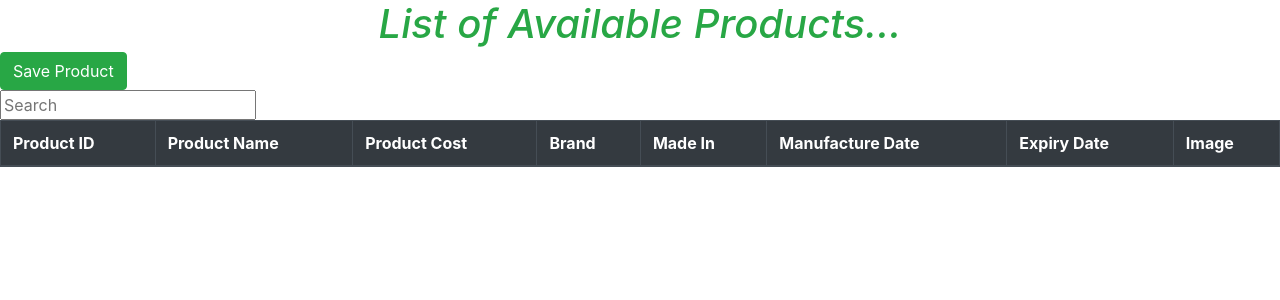
Repository: vineethGoudGithub/JavaApplications
Page: http://localhost/ProductManagementApp/productList.jsp
The author's editor kept a copy of each file at every save. The page is drawn from the files as they stood at one save, then again after the next save.
The browser window is 1280 px wide. The pictures show the whole page.
The page is served by Tomcat 9. Queries for data that is not in the repository find no rows.

Above is the page before, as saved 2024-03-06 06:07:32.

After the next save:
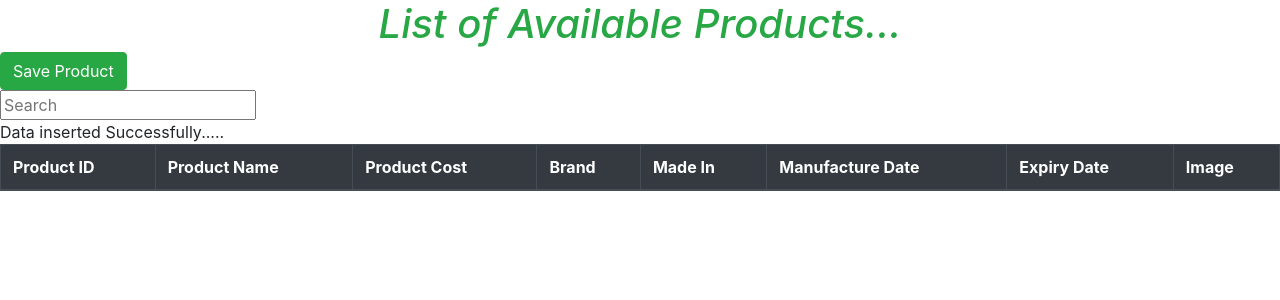
Saved 4 min 53 s later.
--- a/ProductManagementApp/src/main/webapp/productList.jsp
+++ b/ProductManagementApp/src/main/webapp/productList.jsp
@@ -23,6 +23,9 @@
 	<input type="text" placeholder="Search">
 </div>
 
+<div>
+		Data inserted Successfully.....
+</div>
 
 
 
